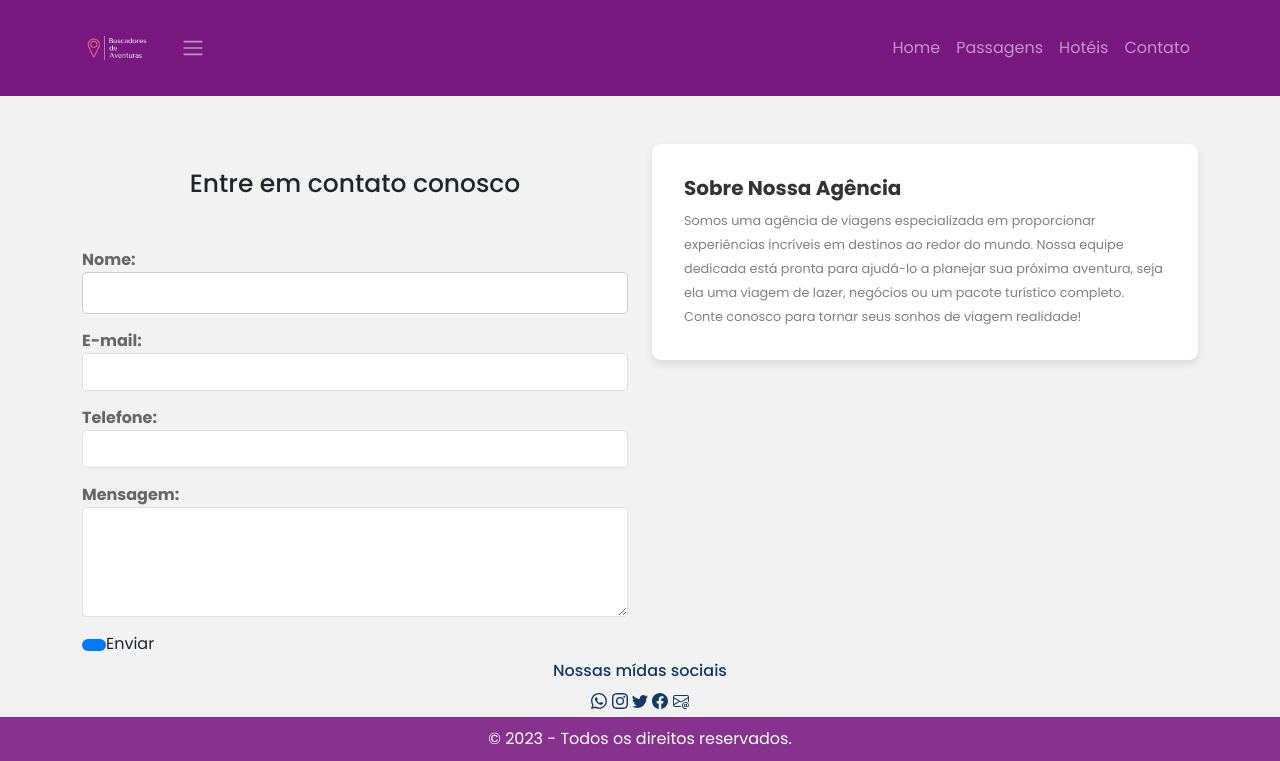
Repository: gabilorpi/AgenciaSpringMVC
Page: http://localhost/views/contato/index
These files come from the project's save history. The page is drawn as it stood at one moment and after the next save; the edit follows.
The browser window is 1280 px wide. The pictures show the whole page.
The page is this project's Thymeleaf template; nobody is signed in. The template is opened directly, without the code that normally fills it, so the values that code supplies are empty.

Above is the page before, as saved 2023-12-09 15:20:34.

### AgenciaSpringMVC/src/main/resources/templates/views/contato/index.html
<!DOCTYPE html>
<html lang="pt-br">

<head>
  <meta charset="UTF-8">
  <meta name="viewport" content="width=device-width, initial-scale=1.0">
  <link rel="stylesheet" href="https://cdnjs.cloudflare.com/ajax/libs/twitter-bootstrap/5.3.0/css/bootstrap.min.css">
  <link rel="stylesheet" href="https://cdnjs.cloudflare.com/ajax/libs/font-awesome/6.0.0-beta3/css/all.min.css">
  <link rel="stylesheet" href="./css/style.css">
  <title>Reserva de Passagens Aéreas</title>
</head>

<body>

  <!-- Barra de menu -->
  <nav class="navbar navbar-expand-lg navbar-dark">
    <div class="container">
      <a class="navbar-brand" href="#">
        <img src="./img/logotipo.jpg" alt="Logotipo da Sua Empresa">
      </a>
      <button class="btn btn" type="button" data-bs-toggle="offcanvas" data-bs-target="#offcanvasRight"
        aria-controls="offcanvasRight">
        <span class="navbar-toggler-icon"></span>
      </button>
      <div class="collapse navbar-collapse" id="navbarNav">
        <ul class="navbar-nav ms-auto">
          <li class="nav-item">
            <a class="nav-link" href="">Home</a>
          </li>
          <li class="nav-item">
            <a class="nav-link" href="../projeto/passagens.html">Passagens</a>
          </li>
          <li class="nav-item">
            <a class="nav-link" href="../projeto/hoteis.html">Hotéis</a>
          </li>
          <li class="nav-item">
            <a class="nav-link" href="">Contato</a>
          </li>
        </ul>
      </div>
    </div>
  </nav>
  <!-- Menu Lateral (Offcanvas) -->
  <div class="offcanvas offcanvas-start" tabindex="-1" id="offcanvasRight" aria-labelledby="offcanvasRightLabel">
    <div class="offcanvas-header">
      <h5 class="offcanvas-title" id="offcanvasRightLabel">Menu</h5>
      <button type="button" class="btn-close" data-bs-dismiss="offcanvas" aria-label="Close"></button>
    </div>
    <div class="offcanvas-body">
      <ul class="nav flex-column">
        <li class="nav-item">
          <a class="nav-link" href="../projeto/index.html">Home</a>
        </li>
        <li class="nav-item">
          <a class="nav-link" href="../projeto/passagens.html">Passagens</a>
        </li>
        <li class="nav-item">
          <a class="nav-link" href="../projeto/hoteis.html">Hotéis</a>
        </li>
        <li class="nav-item">
          <a class="nav-link" href="contato">Contato</a>
        </li>
      </ul>
    </div>
  </div>

  <div class="container mt-5">
    <div class="row">
      <div class="col-md-6">
        <!-- Formulário de Contato -->
        <h2 class="mb-4">Entre em contato conosco</h2>
        <form action="#" method="post">
          <div class="form-group">
            <label for="name">Nome:</label>
            <input type="text" class="form-control" id="name" name="name" required>
          </div>
          <div class="form-group">
            <label for="email">E-mail:</label>
            <input type="email" class="form-control" id="email" name="email" required>
          </div>
          <div class="form-group">
            <label for="phone">Telefone:</label>
            <input type="tel" class="form-control" id="phone" name="phone" required>
          </div>
          <div class="form-group">
            <label for="message">Mensagem:</label>
            <textarea class="form-control" id="message" name="message" rows="4" required></textarea>
          </div>
          <button type="submit" class="btn btn-primary"><a
                  th:href="@{/contato}"></a></button>Enviar</button>
        </form>
      </div>
      <div class="col-md-6">
        <!-- Card de Texto -->
        <div class="card">
          <div class="card-body">
            <h5 class="card-title">Sobre Nossa Agência</h5>
            <p class="card-text">Somos uma agência de viagens especializada em proporcionar experiências incríveis em
              destinos ao redor do mundo. Nossa equipe dedicada está pronta para ajudá-lo a planejar sua próxima
              aventura, seja ela uma viagem de lazer, negócios ou um pacote turístico completo. Conte conosco para
              tornar seus sonhos de viagem realidade!</p>
          </div>
        </div>
      </div>
    </div>
  </div>

  <div class="icons">
    <h6>Nossas mídas sociais</h6>
    <svg xmlns="http://www.w3.org/2000/svg" width="16" height="16" fill="currentColor" class="bi bi-whatsapp"
      viewBox="0 0 16 16">
      <path
        d="M13.601 2.326A7.854 7.854 0 0 0 7.994 0C3.627 0 .068 3.558.064 7.926c0 1.399.366 2.76 1.057 3.965L0 16l4.204-1.102a7.933 7.933 0 0 0 3.79.965h.004c4.368 0 7.926-3.558 7.93-7.93A7.898 7.898 0 0 0 13.6 2.326zM7.994 14.521a6.573 6.573 0 0 1-3.356-.92l-.24-.144-2.494.654.666-2.433-.156-.251a6.56 6.56 0 0 1-1.007-3.505c0-3.626 2.957-6.584 6.591-6.584a6.56 6.56 0 0 1 4.66 1.931 6.557 6.557 0 0 1 1.928 4.66c-.004 3.639-2.961 6.592-6.592 6.592zm3.615-4.934c-.197-.099-1.17-.578-1.353-.646-.182-.065-.315-.099-.445.099-.133.197-.513.646-.627.775-.114.133-.232.148-.43.05-.197-.1-.836-.308-1.592-.985-.59-.525-.985-1.175-1.103-1.372-.114-.198-.011-.304.088-.403.087-.088.197-.232.296-.346.1-.114.133-.198.198-.33.065-.134.034-.248-.015-.347-.05-.099-.445-1.076-.612-1.47-.16-.389-.323-.335-.445-.34-.114-.007-.247-.007-.38-.007a.729.729 0 0 0-.529.247c-.182.198-.691.677-.691 1.654 0 .977.71 1.916.81 2.049.098.133 1.394 2.132 3.383 2.992.47.205.84.326 1.129.418.475.152.904.129 1.246.08.38-.058 1.171-.48 1.338-.943.164-.464.164-.86.114-.943-.049-.084-.182-.133-.38-.232z" />
    </svg>
    <svg xmlns="http://www.w3.org/2000/svg" width="16" height="16" fill="currentColor" class="bi bi-instagram"
      viewBox="0 0 16 16">
      <path
        d="M8 0C5.829 0 5.556.01 4.703.048 3.85.088 3.269.222 2.76.42a3.917 3.917 0 0 0-1.417.923A3.927 3.927 0 0 0 .42 2.76C.222 3.268.087 3.85.048 4.7.01 5.555 0 5.827 0 8.001c0 2.172.01 2.444.048 3.297.04.852.174 1.433.372 1.942.205.526.478.972.923 1.417.444.445.89.719 1.416.923.51.198 1.09.333 1.942.372C5.555 15.99 5.827 16 8 16s2.444-.01 3.298-.048c.851-.04 1.434-.174 1.943-.372a3.916 3.916 0 0 0 1.416-.923c.445-.445.718-.891.923-1.417.197-.509.332-1.09.372-1.942C15.99 10.445 16 10.173 16 8s-.01-2.445-.048-3.299c-.04-.851-.175-1.433-.372-1.941a3.926 3.926 0 0 0-.923-1.417A3.911 3.911 0 0 0 13.24.42c-.51-.198-1.092-.333-1.943-.372C10.443.01 10.172 0 7.998 0h.003zm-.717 1.442h.718c2.136 0 2.389.007 3.232.046.78.035 1.204.166 1.486.275.373.145.64.319.92.599.28.28.453.546.598.92.11.281.24.705.275 1.485.039.843.047 1.096.047 3.231s-.008 2.389-.047 3.232c-.035.78-.166 1.203-.275 1.485a2.47 2.47 0 0 1-.599.919c-.28.28-.546.453-.92.598-.28.11-.704.24-1.485.276-.843.038-1.096.047-3.232.047s-2.39-.009-3.233-.047c-.78-.036-1.203-.166-1.485-.276a2.478 2.478 0 0 1-.92-.598 2.48 2.48 0 0 1-.6-.92c-.109-.281-.24-.705-.275-1.485-.038-.843-.046-1.096-.046-3.233 0-2.136.008-2.388.046-3.231.036-.78.166-1.204.276-1.486.145-.373.319-.64.599-.92.28-.28.546-.453.92-.598.282-.11.705-.24 1.485-.276.738-.034 1.024-.044 2.515-.045v.002zm4.988 1.328a.96.96 0 1 0 0 1.92.96.96 0 0 0 0-1.92zm-4.27 1.122a4.109 4.109 0 1 0 0 8.217 4.109 4.109 0 0 0 0-8.217zm0 1.441a2.667 2.667 0 1 1 0 5.334 2.667 2.667 0 0 1 0-5.334z" />
    </svg>
    <svg xmlns="http://www.w3.org/2000/svg" width="16" height="16" fill="currentColor" class="bi bi-twitter"
      viewBox="0 0 16 16">
      <path
        d="M5.026 15c6.038 0 9.341-5.003 9.341-9.334 0-.14 0-.282-.006-.422A6.685 6.685 0 0 0 16 3.542a6.658 6.658 0 0 1-1.889.518 3.301 3.301 0 0 0 1.447-1.817 6.533 6.533 0 0 1-2.087.793A3.286 3.286 0 0 0 7.875 6.03a9.325 9.325 0 0 1-6.767-3.429 3.289 3.289 0 0 0 1.018 4.382A3.323 3.323 0 0 1 .64 6.575v.045a3.288 3.288 0 0 0 2.632 3.218 3.203 3.203 0 0 1-.865.115 3.23 3.23 0 0 1-.614-.057 3.283 3.283 0 0 0 3.067 2.277A6.588 6.588 0 0 1 .78 13.58a6.32 6.32 0 0 1-.78-.045A9.344 9.344 0 0 0 5.026 15z" />
    </svg>
    <svg xmlns="http://www.w3.org/2000/svg" width="16" height="16" fill="currentColor" class="bi bi-facebook"
      viewBox="0 0 16 16">
      <path
        d="M16 8.049c0-4.446-3.582-8.05-8-8.05C3.58 0-.002 3.603-.002 8.05c0 4.017 2.926 7.347 6.75 7.951v-5.625h-2.03V8.05H6.75V6.275c0-2.017 1.195-3.131 3.022-3.131.876 0 1.791.157 1.791.157v1.98h-1.009c-.993 0-1.303.621-1.303 1.258v1.51h2.218l-.354 2.326H9.25V16c3.824-.604 6.75-3.934 6.75-7.951z" />
    </svg>
    <svg xmlns="http://www.w3.org/2000/svg" width="16" height="16" fill="currentColor" class="bi bi-envelope-at"
      viewBox="0 0 16 16">
      <path
        d="M2 2a2 2 0 0 0-2 2v8.01A2 2 0 0 0 2 14h5.5a.5.5 0 0 0 0-1H2a1 1 0 0 1-.966-.741l5.64-3.471L8 9.583l7-4.2V8.5a.5.5 0 0 0 1 0V4a2 2 0 0 0-2-2H2Zm3.708 6.208L1 11.105V5.383l4.708 2.825ZM1 4.217V4a1 1 0 0 1 1-1h12a1 1 0 0 1 1 1v.217l-7 4.2-7-4.2Z" />
      <path
        d="M14.247 14.269c1.01 0 1.587-.857 1.587-2.025v-.21C15.834 10.43 14.64 9 12.52 9h-.035C10.42 9 9 10.36 9 12.432v.214C9 14.82 10.438 16 12.358 16h.044c.594 0 1.018-.074 1.237-.175v-.73c-.245.11-.673.18-1.18.18h-.044c-1.334 0-2.571-.788-2.571-2.655v-.157c0-1.657 1.058-2.724 2.64-2.724h.04c1.535 0 2.484 1.05 2.484 2.326v.118c0 .975-.324 1.39-.639 1.39-.232 0-.41-.148-.41-.42v-2.19h-.906v.569h-.03c-.084-.298-.368-.63-.954-.63-.778 0-1.259.555-1.259 1.4v.528c0 .892.49 1.434 1.26 1.434.471 0 .896-.227 1.014-.643h.043c.118.42.617.648 1.12.648Zm-2.453-1.588v-.227c0-.546.227-.791.573-.791.297 0 .572.192.572.708v.367c0 .573-.253.744-.564.744-.354 0-.581-.215-.581-.8Z" />
    </svg>
  </div>
  <footer>
    &copy; 2023 - Todos os direitos reservados.
    </div>
  </footer>
  <script src="https://cdnjs.cloudflare.com/ajax/libs/twitter-bootstrap/5.3.0/js/bootstrap.bundle.min.js"></script>
</body>

</html>

### AgenciaSpringMVC/src/main/resources/static/css/style.css
@import url('https://fonts.googleapis.com/css2?family=Poppins:wght@400;500;600;700&display=swap');

body {
    font-family: 'Poppins', sans-serif;
    font-size: 16px;
    background-color: #f2f2f2;

}

* {
  margin: 0;
  padding: 0;
}

h1{
    font-family: sans-serif;
    font-size: 22px;
    text-align: right;
}

nav{
  margin-bottom: 2px;
   background-color:#791881
}

.navbar-brand {
  width: 70px;
  height:auto;


}

main {
    width: 100%;
}

section {
    width: 100%;
    margin: 0 auto;
}

.limita-area {
    max-width: 1024px;
}

img:first-child {
    width: 100%;
}

h2 {
    width: 100%;
    text-align: center;
    padding: 25px 0;
    font-size: 25px;
}

p {
    line-height: 32px;
}

p:last-child {
    display: inline;

    padding: 10px 5px;
}

.mais-informacoes {
    display: block;
    margin: 25px 0;
    font-weight: bold;
    padding-left: 10px;
    border-left: 2px solid rgba(121, 24, 129, 0.877);
}

.destinos-avaliados.meu-site{
    width: 100%;
    display: flex;
    margin: 25px 0px;
    overflow-x: scroll;
}
.destinos-avaliados.meu-site figcaption, figure img {
  width: 350px;
}

.destinos-avaliados.meu-site figure {
    display: flex;
    flex-direction:column;
    margin: 5px 10px;

}

.destinos-avaliados.meu-site figcaption, figure span {
    margin: 12px 0;
    padding: 12px 5px;
    text-align: center;
    color:white;
    background:rgba(121, 24, 129, 0.877);
}

header,footer {
  width: 100%;
  padding: 10px;
  display: flex;
  justify-content: center;
  align-items: center;
  background: rgba(121, 24, 129, 0.877);
  color: #ffffff;
  box-sizing: border-box;
}
.row{
    width: left 13rem;
}


.custom-img {
    max-height: 480px; /* Defina a altura desejada para a imagem */
  }

  .card {
    border: none;
    box-shadow: 0 4px 8px rgba(0, 0, 0, 0.1);
  }

  .card-title {
    font-size: 20px;
    font-weight: bold;
    color: #333;
  }

  .form-group {
    margin-bottom: 15px;
  }

  label {
    font-size: 16px;
    color: #666;
  }

  input[type="text"],
  input[type="date"],
  input[type="number"] {
    border: 1px solid #ccc;
    border-radius: 5px;
    padding: 8px 12px;
    width: 100%;
  }

  .btn-primary {
    background-color: #007bff;
    border: none;
  }

  .btn-primary:hover {
    background-color: #0056b3;
  }
  /* Estilos para o texto e ícone de hospedagem */
  .info-container {
    background-color: #fff;
    border-radius: 5px;
    box-shadow: 0 4px 8px rgba(0, 0, 0, 0.1);
    padding: 20px;
    margin-top: 40px;
  }

  .hotel-icon {
    font-size: 48px;
    color: #007bff;
    margin-bottom: 18px;
  }

  .hotel-text {
    font-size: 40px;
    font-family:'Poppins', sans-serif;
    color: #5a5151;
  }
  .star {
    color: gold; /* Define a cor das estrelas (dourado) */
    font-size: 12px; /* Define o tamanho das estrelas */
    margin-bottom: 8px;
  }

  div.card{
    padding: 16px !important;
    border-radius: 9px !important;
  }

  .card-group{
    column-gap: 24px;
  }

  .card-text{
    font-size: 0.8em;
    color: gray;
    padding: 0px !important;
    line-height: 8px;
    text-align: justify-all;
  }

  .form-container {
    max-width: 500px;
    margin: 0 auto;
  }

  .form-group label {
    font-weight: bold;
  }
  .form-control {
    border-radius: 4px;
  }
  .btn-primary {
    background-color: #007bff;
    border: none;
  }
  .btn-primary:hover {
    background-color: #0056b3;
  }
  .icons{
    padding: 5px;
    color:rgb(20, 57, 104);
    text-align: center;
  }

  .voos-text {
    font-size: 18px;
    font-family:'Poppins', sans-serif;
    color: #5a5151;
  }
    /* Cadastro */
    #main-contain{

    }

    #register-form input, label{
      display: block;
      width: 100%;

      }
    #register-form label{
      color: #fff;
      font-weight: bold;
      font-size: .8rem;
    }
    #register-form input{
      color: #fff;
      background-color: #5f46a3e1;
      border-bottom: 2px solid #fff;
      padding: 10px;
      font-size: .9rem;
      margin-bottom: 40px;
    }
    #register-form input:focus{
      border-color: #62CACA;
    }
    #register-form input[type="submit"]{
      background-color: #62CACA;
      border: none;
      border-radius: 20px;
      height: 40px;
      cursor: pointer;
    }
    #register-form #agreement {
      margin-right: 5px;
    }
    #register-form #agreement, #agreement-label{
      display: inline-block;
      width: auto;
    }
    #register-form {
      display: flex;
      flex-wrap: wrap;
      justify-content: space-between;

    }

    #register-form input:focus, label:focus{
      outline: none;
    }
    #register-form a{
    color: #62caca;

    }
    #main-container{
      width: 700px;
      margin-left: auto;
      margin-right: auto;
      background-color: #542d9c96;
      padding: 25px;
      border-radius: 2px;

    }

    #main-container h1{
      text-align: center;
      margin-bottom: 25px;
      font-size: 1.6rem;
      color: #fff;
      font-weight: bold ;
    }

   .full-box{
      flex: 1 1 100%;
      position: relative;
    }

    .half-box{
      flex: 1 1 45%;
      position: relative;
    }
    .spacing{
      margin-right: 2.5%;

    }
/* menu lateral */
.offcanvas{
  background-color:rgb(225, 236, 245);

}

#signup-btn{

}

/* styles.css */

/* Animação de rotação para estrelas */
.star i:hover {
  animation: spin 1s infinite linear;
}

@keyframes spin {
  from { transform: rotate(0deg); }
  to { transform: rotate(360deg); }
}

/* Animação de aumento de tamanho para os cartões */
.card:hover {
  transform: scale(1.1);
}

.card-group.show {
  opacity: 1;
  transform: translateY(0);
}
/* */
/* styles.css */

/* Classe para elementos que deslizarão */
.slide-in {
  transform: translateY(50px); /* Comece a 50px abaixo da posição original */
  opacity: 0; /* Comece invisível */
  transition: transform 0.5s ease, opacity 0.5s ease; /* Adicione uma transição suave */
}

/* Classe para ativar a animação */
.slide-in-active {
  transform: translateY(0); /* Deslize para a posição original */
  opacity: 1; /* Torne o elemento visível */
}

After the next save:
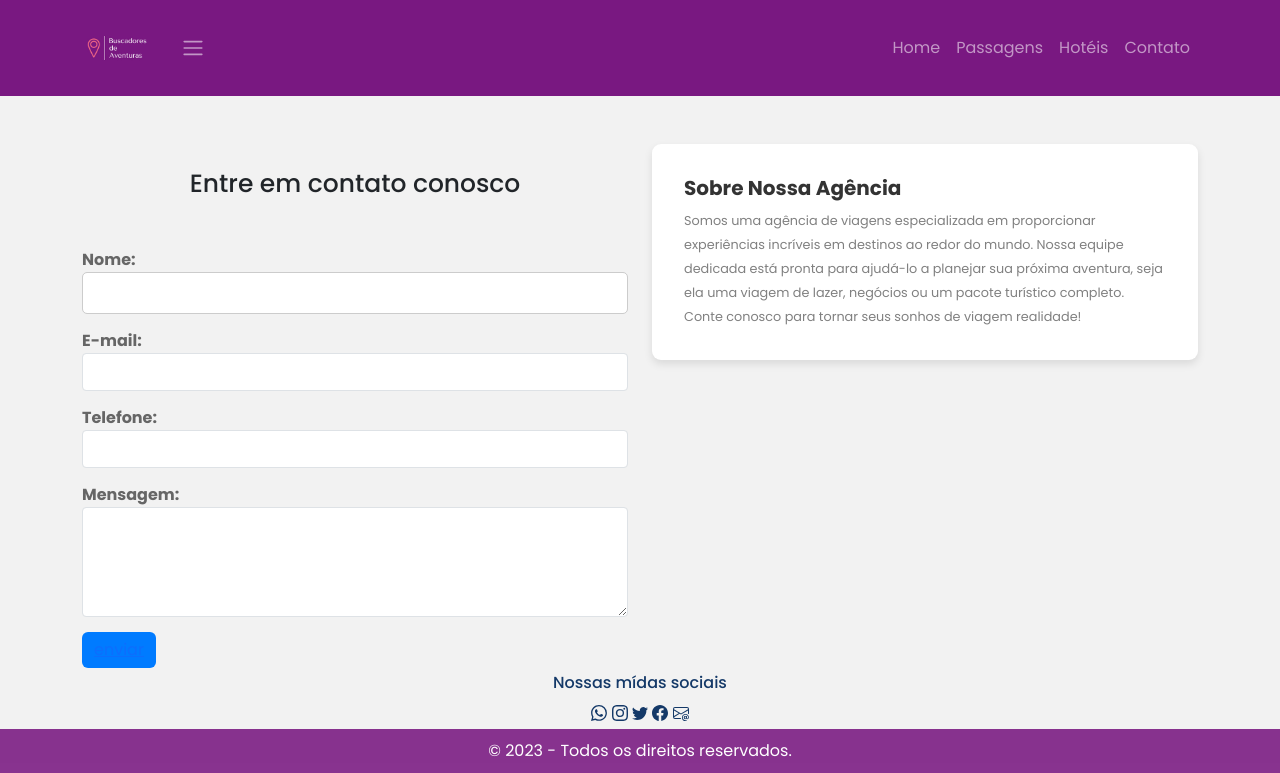
Saved 69 s later.
--- a/AgenciaSpringMVC/src/main/resources/templates/views/contato/index.html
+++ b/AgenciaSpringMVC/src/main/resources/templates/views/contato/index.html
@@ -87,7 +87,7 @@
             <textarea class="form-control" id="message" name="message" rows="4" required></textarea>
           </div>
           <button type="submit" class="btn btn-primary"><a
-                  th:href="@{/contato}"></a></button>Enviar</button>
+                  th:href="@{/contato}">enviar</a></button>
         </form>
       </div>
       <div class="col-md-6">
